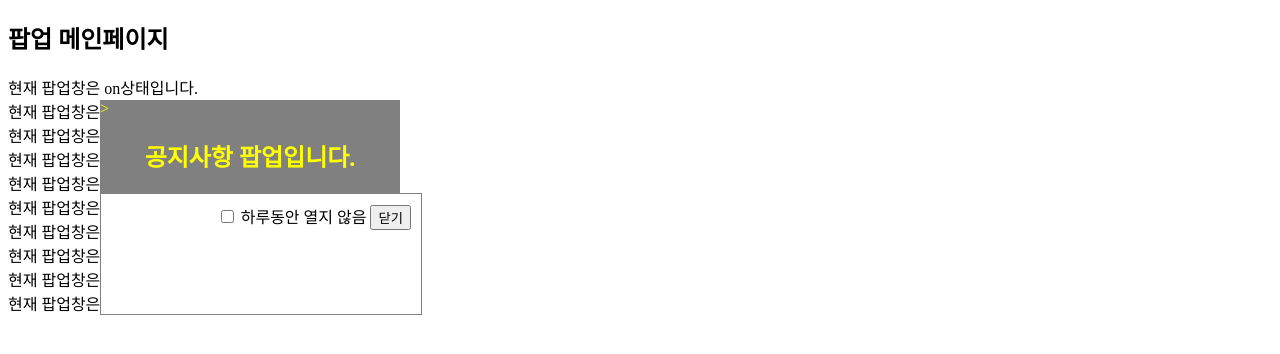
Repository: bhj305/JSP_Servlet
Page: http://localhost/MustHaveJSP/04Cookie/PopupMain_0.1.jsp
An editor plug-in stored every save of this project. The page is shown before and after the next save, followed by the edit.
The browser window is 1280 px wide. The pictures show the whole page.
The page is served by Tomcat 10.

Above is the page before, as saved 2025-05-07 05:51:00.

After the next save:
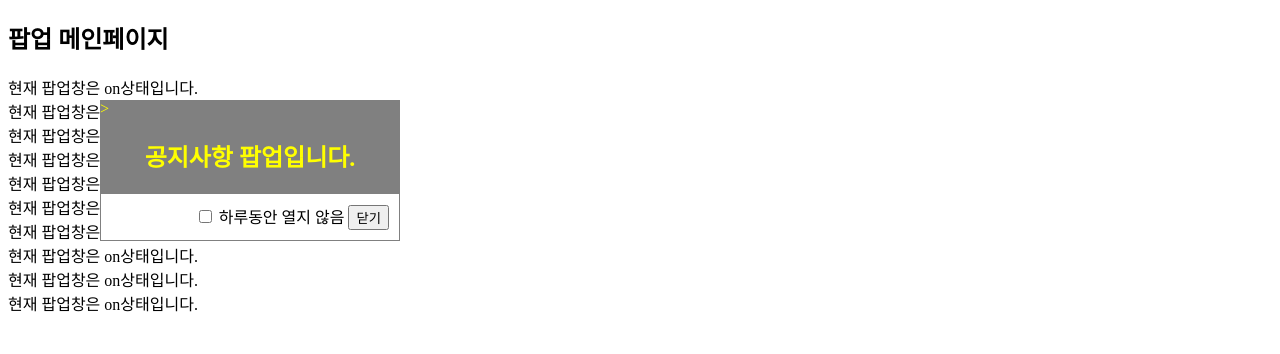
Saved 45 s later.
--- a/MustHaveJSP/src/main/webapp/04Cookie/PopupMain_0.1.jsp
+++ b/MustHaveJSP/src/main/webapp/04Cookie/PopupMain_0.1.jsp
@@ -17,8 +17,7 @@
 		width: 300px; height: 100px; background-color:gray;
 		}
 		div#popup>div{
-		position: relative;
-		width: 300px; height: 100px; background-color:#ffffff; top: 0px;
+		position: relative; background-color:#ffffff; top: 0px;
 		border: 1px solid gray; padding: 10px; color: black;
 		}
 
